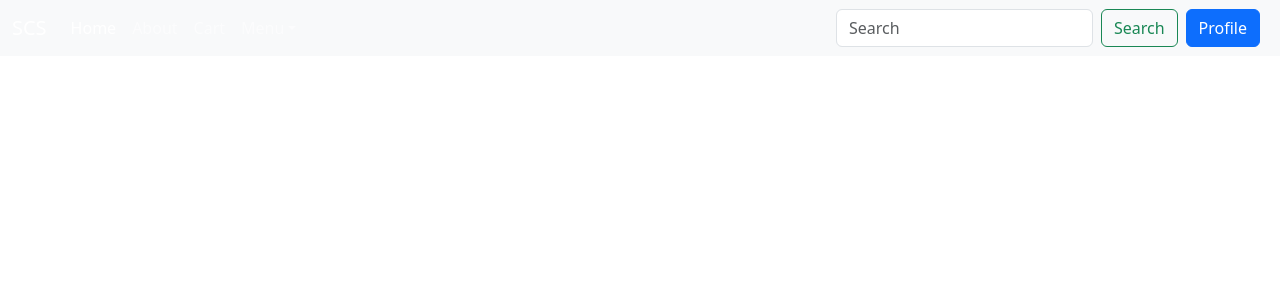
Repository: gitYash03/smart-canteen-system
Page: /
The author's editor kept a copy of each file at every save. The page is drawn from the files as they stood at one save, then again after the next save.
The browser window is 1280 px wide. The pictures show the whole page.
The project was rebuilt for these pictures with package versions that can differ from the ones it lists, and the page was loaded fresh each time. Also part of the build but not shown: src/App.css.

Above is the page before, as saved 2023-08-09 12:58:18.

### public/index.html
<!DOCTYPE html>
<html lang="en">
  <head>
    <meta charset="utf-8" />
    <link rel="icon" href="%PUBLIC_URL%/favicon.ico" />
    <meta name="viewport" content="width=device-width, initial-scale=1" />
    <meta name="theme-color" content="#000000" />
    <meta
      name="description"
      content="Web site created using create-react-app"
    />
    <link rel="apple-touch-icon" href="%PUBLIC_URL%/logo192.png" />
    <!--
      manifest.json provides metadata used when your web app is installed on a
      user's mobile device or desktop. See https://developers.google.com/web/fundamentals/web-app-manifest/
    -->
    <link rel="manifest" href="%PUBLIC_URL%/manifest.json" />
    <!--
      Notice the use of %PUBLIC_URL% in the tags above.
      It will be replaced with the URL of the `public` folder during the build.
      Only files inside the `public` folder can be referenced from the HTML.

      Unlike "/favicon.ico" or "favicon.ico", "%PUBLIC_URL%/favicon.ico" will
      work correctly both with client-side routing and a non-root public URL.
      Learn how to configure a non-root public URL by running `npm run build`.
    -->
    <title>React App</title>
    <link href="https://cdn.jsdelivr.net/npm/bootstrap@5.3.1/dist/css/bootstrap.min.css" rel="stylesheet" integrity="sha384-4bw+/aepP/YC94hEpVNVgiZdgIC5+VKNBQNGCHeKRQN+PtmoHDEXuppvnDJzQIu9" crossorigin="anonymous">
   </head>
  <script src="https://cdn.jsdelivr.net/npm/bootstrap@5.3.1/dist/js/bootstrap.bundle.min.js" integrity="sha384-HwwvtgBNo3bZJJLYd8oVXjrBZt8cqVSpeBNS5n7C8IVInixGAoxmnlMuBnhbgrkm" crossorigin="anonymous"></script>
  <body>
    <noscript>You need to enable JavaScript to run this app.</noscript>
    <div id="root"></div>
    <!--
      This HTML file is a template.
      If you open it directly in the browser, you will see an empty page.

      You can add webfonts, meta tags, or analytics to this file.
      The build step will place the bundled scripts into the <body> tag.

      To begin the development, run `npm start` or `yarn start`.
      To create a production bundle, use `npm run build` or `yarn build`.
    -->
  </body>
</html>

### src/App.js
import './App.css';
import Navbar from './Components/Navbar';

function App() {
  return (
    <>
    <Navbar></Navbar>

    </>
  );
}

export default App;

### src/Components/Navbar.js
import React from 'react'

export default function Navbar() {
  return (
    <>
    <nav className="navbar navbar-expand-lg navbar-dark bg-light ">
        <div className="container-fluid">
            <a className="navbar-brand" href="/">SCS</a>
            <button className="navbar-toggler" type="button" data-bs-toggle="collapse" data-bs-target="/navbarSupportedContent" aria-controls="navbarSupportedContent" aria-expanded="false" aria-label="Toggle navigation">
            <span className="navbar-toggler-icon"></span>
            </button>
            <div className="collapse navbar-collapse" id="navbarSupportedContent">
            <ul className="navbar-nav me-auto mb-2 mb-lg-0">
                <li className="nav-item">
                <a className="nav-link active" aria-current="page" href="/">Home</a>
                </li>
                <li className="nav-item">
                <a className="nav-link" href="/">About</a>
                </li>
                <li className="nav-item">
                <a className="nav-link" href="/">Cart</a>
                </li>
                <li className="nav-item dropdown">
                <a className="nav-link dropdown-toggle" href="/" role="button" data-bs-toggle="dropdown" aria-expanded="false">
                    Menu
                </a>
                <ul className="dropdown-menu">
                    <li><a className="dropdown-item" href="/">Action</a></li>
                    <li><a className="dropdown-item" href="/">Another action</a></li>
                    <li><a className="dropdown-item" href="/">Something else here</a></li>
                </ul>
                </li>
            </ul>
            <form className="d-flex" role="search">
                <input className="form-control me-2" type="search" placeholder="Search" aria-label="Search"/>
                <button className="btn btn-outline-success" type="submit">Search</button>
            </form>
            <button type="button" className="btn btn-primary position-relative  mx-2">
            Profile
            </button>
            </div>
        </div>
    </nav>
    </>
  )
}

Loaded but not shown: src/index.js (common file); src/reportWebVitals.js (common file); src/index.css (no stored copy; drawn as an empty file)

After the next save:
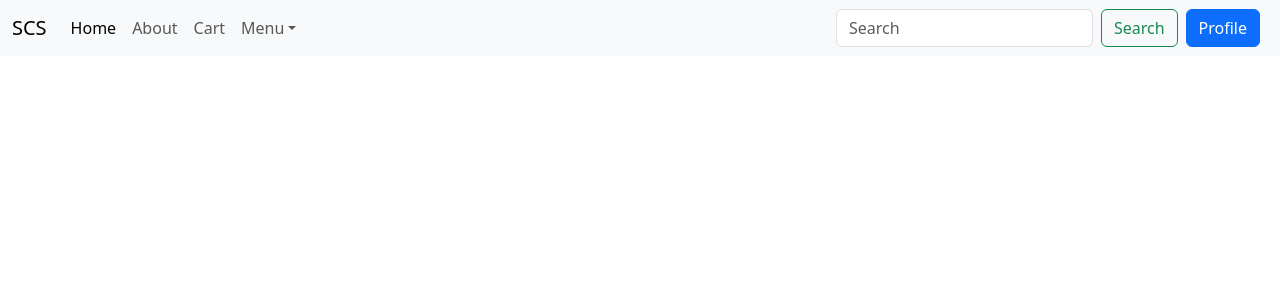
Saved 13 s later.
--- a/src/Components/Navbar.js
+++ b/src/Components/Navbar.js
@@ -3,7 +3,7 @@ import React from 'react'
 export default function Navbar() {
   return (
     <>
-    <nav className="navbar navbar-expand-lg navbar-dark bg-light ">
+    <nav className="navbar navbar-expand-lg navbar-light bg-light ">
         <div className="container-fluid">
             <a className="navbar-brand" href="/">SCS</a>
             <button className="navbar-toggler" type="button" data-bs-toggle="collapse" data-bs-target="/navbarSupportedContent" aria-controls="navbarSupportedContent" aria-expanded="false" aria-label="Toggle navigation">
